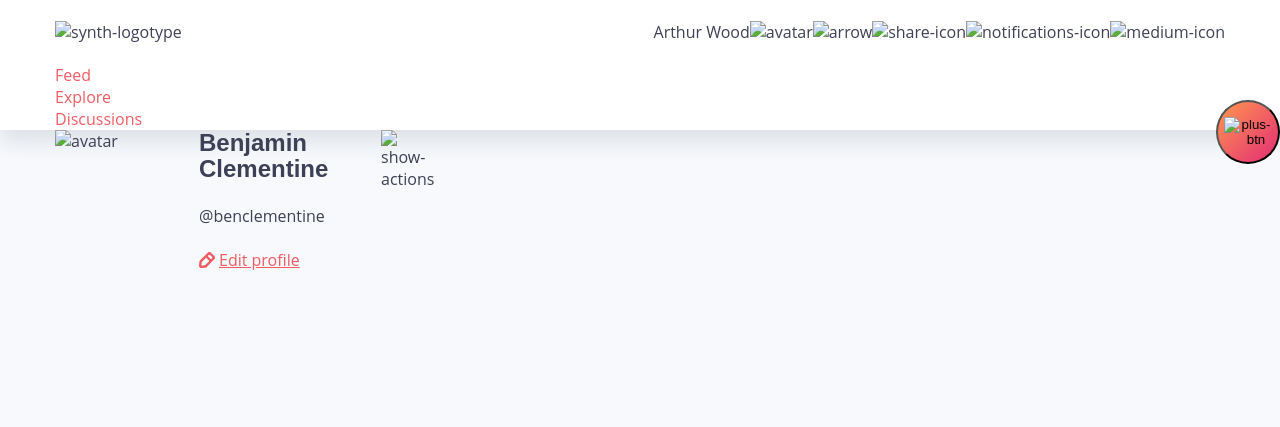
Repository: ecspetra/swivl-test-task
Page: index.html
An editor plug-in stored every save of this project. The page is shown before and after the next save, followed by the edit.
The browser window is 1280 px wide. The pictures show the whole page.

Above is the page before, as saved 2021-12-09 20:39:53.

### index.html
<!DOCTYPE html>
<html lang="en">

<head>
    <meta charset="UTF-8">
    <meta http-equiv="X-UA-Compatible" content="IE=edge">
    <meta name="viewport" content="width=device-width, initial-scale=1.0">
    <link rel="stylesheet" href="css/style.css">
    <title>Synth User Profile</title>
</head>

<body>
    <header>
        <div class="header">
            <div class="header__logo-wrapper">
                <img class="header__logo" src="" alt="synth-logotype">
            </div>
            <div class="header__profile">
                <div class="header__user">
                    <p class="header__username">Arthur Wood</p>
                    <div class="header__avatar-wrapper">
                        <img class="header__avatar" src="" alt="avatar">
                    </div>
                    <div class="header__arrow-wrapper">
                        <img class="header__arrow" src="" alt="arrow">
                    </div>
                </div>
                <div class="header__icons">
                    <div class="header__share-wrapper">
                        <img class="header__share" src="" alt="share-icon">
                    </div>
                    <div class="header__notifications-wrapper">
                        <img class="header__notifications" src="" alt="notifications-icon">
                    </div>
                    <div class="header__medium-wrapper">
                        <img class="header__medium" src="" alt="medium-icon">
                    </div>
                </div>
            </div>
        </div>
        <div class="header__navigation-wrapper">
            <nav class="header__navigation">
                <ul>
                    <li><a href="#">Feed</a></li>
                    <li><a href="#">Explore</a></li>
                    <li><a href="#">Discussions</a></li>
                </ul>
            </nav>
        </div>
        <button class="header__btn-wrapper">
            <img class="header__btn" src="" alt="plus-btn">
        </button>
    </header>
    <main>
        <section>
            <div class="profile">
                <div class="profile__user-details">
                    <div class="profile__general">
                        <div class="profile__avatar-wrapper">
                            <img class="profile__avatar" src="" alt="avatar">
                        </div>
                        <div class="profile__name-wrapper">
                            <h2 class="profile__name">Benjamin Clementine</h2>
                            <div class="profile__dots-wrapper">
                                <img class="profile__dots" src="" alt="show-actions">
                            </div>
                        </div>
                        <p class="profile__instagram">@benclementine</p>
                        <a class="profile__edit-btn" href="#">Edit profile</a>
                    </div>
                    <p class="profile__description"></p>
                </div>

                <div class="profile__cards">
                    <article></article>
                </div>

            </div>
        </section>
    </main>

</body>

</html>

### css/style.css
body {
  width: 100%;
  height: auto;
  margin: 0;
  padding: 0;
  background-color: #f7f9fc;
  font-family: "Open Sans", sans-serif;
  color: #3e4056;
}

* {
  -webkit-box-sizing: border-box;
  box-sizing: border-box;
}

header {
  width: 100%;
  background-color: #ffffff;
  -webkit-box-shadow: 0px 12px 20px 0px rgba(34, 60, 80, 0.12);
  -moz-box-shadow: 0px 12px 20px 0px rgba(34, 60, 80, 0.12);
  box-shadow: 0px 12px 20px 0px rgba(34, 60, 80, 0.12);
}

main,
section {
  width: 100%;
}

a {
  text-decoration: none;
  color: #f05d63;
}

ul {
  padding: 0;
  margin: 0;
}
ul li {
  list-style-type: none;
}

h1,
h2 {
  margin: 0;
}

p {
  margin: 0;
}

.header {
  max-width: 1218px;
  padding: 21px 24px;
  margin: 0 auto;
  display: -webkit-box;
  display: -ms-flexbox;
  display: flex;
  -webkit-box-orient: horizontal;
  -webkit-box-direction: normal;
  -ms-flex-direction: row;
  flex-direction: row;
  -webkit-box-pack: justify;
  -ms-flex-pack: justify;
  justify-content: space-between;
  -webkit-box-align: center;
  -ms-flex-align: center;
  align-items: center;
  position: relative;
}

.header__profile {
  display: -webkit-box;
  display: -ms-flexbox;
  display: flex;
  -webkit-box-orient: horizontal;
  -webkit-box-direction: normal;
  -ms-flex-direction: row;
  flex-direction: row;
  -webkit-box-pack: end;
  -ms-flex-pack: end;
  justify-content: flex-end;
  -webkit-box-align: center;
  -ms-flex-align: center;
  align-items: center;
}

.header__user,
.header__icons {
  display: -webkit-box;
  display: -ms-flexbox;
  display: flex;
  -webkit-box-orient: horizontal;
  -webkit-box-direction: normal;
  -ms-flex-direction: row;
  flex-direction: row;
  -webkit-box-pack: justify;
  -ms-flex-pack: justify;
  justify-content: space-between;
  -webkit-box-align: center;
  -ms-flex-align: center;
  align-items: center;
}

.header__arrow-icon {
  width: 8px;
  height: 4px;
  opacity: 0.4;
}

.header__icon-wrapper {
  width: 32px;
  height: 32px;
}

.header__share-icon,
.header__share-icon,
.header__medium-icon {
  width: auto;
  height: 14px;
}

.header__navigation-wrapper {
  max-width: 1218px;
  padding: 0 24px;
  margin: 0 auto;
}

.navigation-list {
  display: -webkit-box;
  display: -ms-flexbox;
  display: flex;
  -webkit-box-orient: horizontal;
  -webkit-box-direction: normal;
  -ms-flex-direction: row;
  flex-direction: row;
  -webkit-box-pack: start;
  -ms-flex-pack: start;
  justify-content: flex-start;
  -webkit-box-align: center;
  -ms-flex-align: center;
  align-items: center;
  gap: 37px;
}

.navigation-list__item {
  color: #3e4056;
  text-transform: uppercase;
  font: 600 14px/16px "Open Sans", sans-serif;
  opacity: 0.6;
}

.navigation-list__item__active {
  opacity: 1;
}

.header__btn-wrapper {
  background: linear-gradient(to bottom right, #ff974f, #e32c75);
  width: 64px;
  height: 64px;
  border-radius: 50%;
  overflow: hidden;
  position: absolute;
  right: 0;
  top: 100px;
}

.header__btn {
  background: none;
  outline: 0;
  border: 0;
  width: 100%;
  height: 100%;
}

.profile {
  max-width: 1218px;
  padding: 0 24px;
  margin: 0 auto;
  display: -ms-grid;
  display: grid;
  grid-template-columns: 350px 1fr;
  grid-template-rows: auto auto;
  grid-template-areas: "profile__user-details profile__switcher" "profile__user-details profile__cards-wwrapper";
  -webkit-box-pack: center;
  -ms-flex-pack: center;
  justify-content: center;
  -webkit-box-align: start;
  -ms-flex-align: start;
  align-items: start;
}

.profile__user-details {
  grid-area: profile__user-details;
}

.profile__general {
  display: -ms-grid;
  display: grid;
  grid-template-columns: 120px 1fr;
  grid-template-rows: auto auto auto;
  grid-template-areas: "profile__avatar-wrapper profile__name-wrapper" "profile__avatar-wrapper profile__instagram" "profile__avatar-wrapper profile__edit-btn";
  -webkit-box-pack: center;
  -ms-flex-pack: center;
  justify-content: center;
  -webkit-box-align: start;
  -ms-flex-align: start;
  align-items: start;
  gap: 24px;
}

.profile__avatar-wrapper {
  grid-area: profile__avatar-wrapper;
  width: 120px;
  height: 120px;
}

.profile__avatar {
  width: 100%;
  height: 100%;
}

.profile__name-wrapper {
  grid-area: profile__name-wrapper;
  display: -webkit-box;
  display: -ms-flexbox;
  display: flex;
  -webkit-box-orient: horizontal;
  -webkit-box-direction: normal;
  -ms-flex-direction: row;
  flex-direction: row;
  -webkit-box-pack: justify;
  -ms-flex-pack: justify;
  justify-content: space-between;
  -webkit-box-align: start;
  -ms-flex-align: start;
  align-items: flex-start;
  -ms-flex-wrap: nowrap;
  flex-wrap: nowrap;
}

.profile__name {
  font: 600 24px/26px "Montserrat", sans-serif;
  max-width: 150px;
  display: -webkit-box;
  -webkit-line-clamp: 2;
  -webkit-box-orient: vertical;
  overflow: hidden;
  text-overflow: ellipsis;
}

.profile__dots-wrapper {
  width: 24px;
  height: 24px;
  cursor: pointer;
}

.profile__dots {
  width: 16px;
  height: 16px;
}

.profile__instagram {
  grid-area: profile__instagram;
  font: 400 16px/20px "Open Sans", sans-serif;
}

.profile__edit-btn {
  grid-area: profile__edit-btn;
  font: 400 16px/20px "Open Sans", sans-serif;
  text-decoration: underline;
  position: relative;
  padding: 0 0 0 20px;
}
.profile__edit-btn:before {
  content: "";
  width: 16px;
  height: 16px;
  background-image: url("../img/edit-icon.svg");
  background-position: center;
  background-size: 100%;
  background-repeat: no-repeat;
  position: absolute;
  top: 50%;
  left: 0;
  -webkit-transform: translateY(-50%);
  -ms-transform: translateY(-50%);
  transform: translateY(-50%);
}

.profile__statistics {
  display: -webkit-box;
  display: -ms-flexbox;
  display: flex;
  -webkit-box-orient: horizontal;
  -webkit-box-direction: normal;
  -ms-flex-direction: row;
  flex-direction: row;
  -webkit-box-pack: justify;
  -ms-flex-pack: justify;
  justify-content: space-between;
  -webkit-box-align: start;
  -ms-flex-align: start;
  align-items: flex-start;
  -ms-flex-wrap: nowrap;
  flex-wrap: nowrap;
  max-width: 282px;
}

.profile__synths,
.profile__followers,
.profile__following {
  font: 400 16px/24px "Open Sans", sans-serif;
  text-align: center;
  color: #636363;
}
.profile__synths span,
.profile__followers span,
.profile__following span {
  font: 700 18px/24px "Open Sans", sans-serif;
  color: #3e4056;
}

.profile__description {
  font: 400 16px/24px "Open Sans", sans-serif;
}

.profile__switcher {
  grid-area: profile__switcher;
}

.profile__cards-wrapper {
  grid-area: profile__cards-wrapper;
  display: -webkit-box;
  display: -ms-flexbox;
  display: flex;
  -webkit-box-orient: horizontal;
  -webkit-box-direction: normal;
  -ms-flex-direction: row;
  flex-direction: row;
  -webkit-box-pack: justify;
  -ms-flex-pack: justify;
  justify-content: space-between;
  -webkit-box-align: start;
  -ms-flex-align: start;
  align-items: flex-start;
  -ms-flex-wrap: wrap;
  flex-wrap: wrap;
  gap: 24px;
}

.profile-card {
  background-color: #ffffff;
  border-radius: 8px;
  width: 100%;
  height: 280px;
  max-width: 374px;
  -webkit-box-shadow: 0px 12px 20px 0px rgba(34, 60, 80, 0.12);
  -moz-box-shadow: 0px 12px 20px 0px rgba(34, 60, 80, 0.12);
  box-shadow: 0px 12px 20px 0px rgba(34, 60, 80, 0.12);
  padding: 24px;
  display: -webkit-box;
  display: -ms-flexbox;
  display: flex;
  -webkit-box-orient: vertical;
  -webkit-box-direction: normal;
  -ms-flex-direction: column;
  flex-direction: column;
  -webkit-box-pack: justify;
  -ms-flex-pack: justify;
  justify-content: space-between;
  -webkit-box-align: start;
  -ms-flex-align: start;
  align-items: flex-start;
}

p + .profile-card__headline {
  padding: 0;
}

.profile-card__headline {
  padding: 40px 0 0;
  font: 400 36px/44px "Montserrat", sans-serif;
  display: -webkit-box;
  -webkit-line-clamp: 3;
  -webkit-box-orient: vertical;
  overflow: hidden;
  text-overflow: ellipsis;
}

.profile-card__author-photo {
  width: 24px;
  height: 24px;
  min-width: 24px;
  min-height: 24px;
}

.profile-card__author {
  width: 100%;
  height: 100%;
}

.profile-card__author-name {
  font: 600 14px/16px "Open Sans", sans-serif;
  white-space: nowrap;
  overflow: hidden;
  text-overflow: ellipsis;
  max-width: 160px;
  color: #3e4056;
}

.profile-card__author-wrapper,
.profile-card__bottom,
.profile-card__actions-wrapper {
  display: -webkit-box;
  display: -ms-flexbox;
  display: flex;
  -webkit-box-orient: horizontal;
  -webkit-box-direction: normal;
  -ms-flex-direction: row;
  flex-direction: row;
  -webkit-box-pack: justify;
  -ms-flex-pack: justify;
  justify-content: space-between;
  -webkit-box-align: center;
  -ms-flex-align: center;
  align-items: center;
  gap: 0 16px;
}

.profile-card__bottom {
  width: 100%;
}

.profile-card__author-wrapper {
  gap: 0 8px;
}

.profile-card__share-wrapper {
  text-align: right;
}

.profile-card__share-link {
  font: 400 18px/24px "Open Sans", sans-serif;
}

.profile-card__top {
  font: 600 16px/18px "Open Sans", sans-serif;
  width: 100%;
  white-space: nowrap;
  overflow: hidden;
  text-overflow: ellipsis;
}
.profile-card__top span {
  background-color: #ecf1f8;
  border-radius: 6px;
  padding: 0 3px;
}

.profile-card__icon-wrapper {
  display: -webkit-box;
  display: -ms-flexbox;
  display: flex;
  -webkit-box-orient: horizontal;
  -webkit-box-direction: normal;
  -ms-flex-direction: row;
  flex-direction: row;
  -webkit-box-pack: justify;
  -ms-flex-pack: justify;
  justify-content: space-between;
  -webkit-box-align: center;
  -ms-flex-align: center;
  align-items: center;
  gap: 0 8px;
}

.profile-card__icon {
  width: auto;
  height: 16px;
}

.profile-card__icon-counter {
  font: 600 14px/16px "Open Sans", sans-serif;
}

.weblink-shared {
  position: relative;
  padding: 0 0 0 20px;
}
.weblink-shared:before {
  content: "";
  width: 16px;
  height: 16px;
  background-image: url("../img/shared-link.svg");
  background-position: center;
  background-size: 100%;
  background-repeat: no-repeat;
  position: absolute;
  top: 50%;
  left: 0;
  -webkit-transform: translateY(-50%);
  -ms-transform: translateY(-50%);
  transform: translateY(-50%);
}

/*# sourceMappingURL=style.css.map */

After the next save:
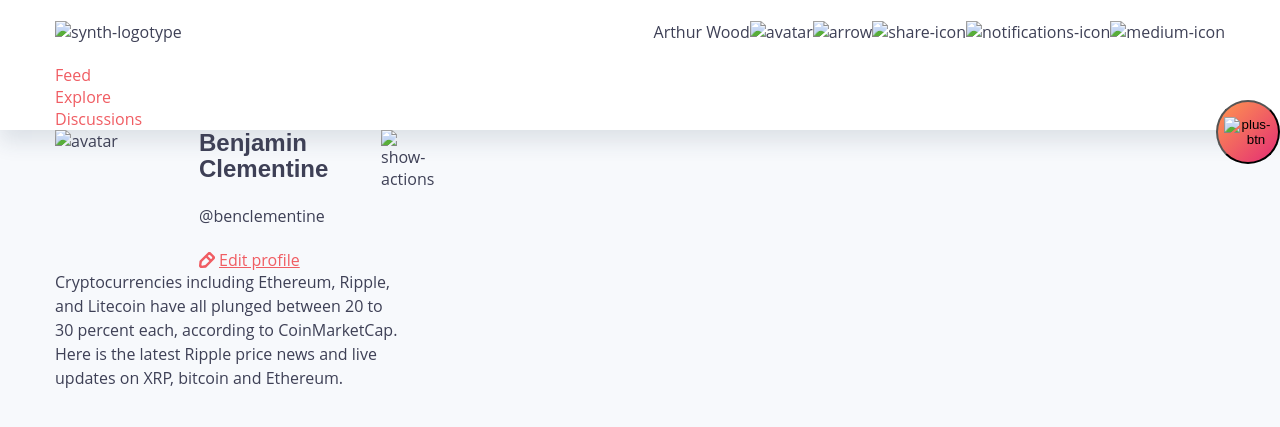
Saved 28 s later.
--- a/index.html
+++ b/index.html
@@ -68,7 +68,9 @@
                         <p class="profile__instagram">@benclementine</p>
                         <a class="profile__edit-btn" href="#">Edit profile</a>
                     </div>
-                    <p class="profile__description"></p>
+                    <p class="profile__description">Cryptocurrencies including Ethereum, Ripple, and Litecoin have all
+                        plunged between 20 to 30 percent each, according to CoinMarketCap. Here is the latest Ripple
+                        price news and live updates on XRP, bitcoin and Ethereum.</p>
                 </div>
 
                 <div class="profile__cards">
